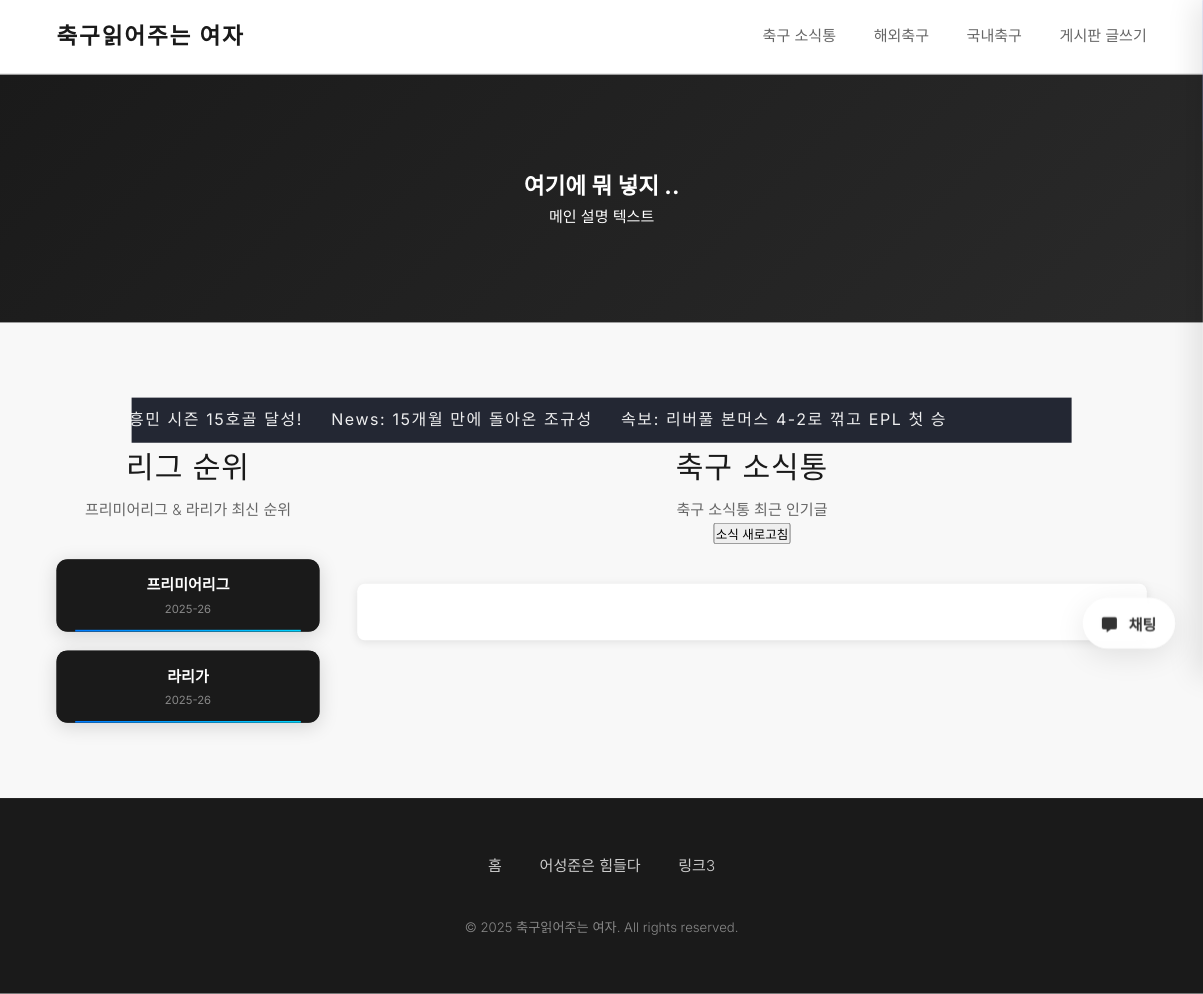
Repository: caramelpopcornKHU/JavaJSPProject
Page: http://localhost/FromJ/footballMain
The author's editor kept a copy of each file at every save. The page is drawn from the files as they stood at one save, then again after the next save.
The browser window is 1280 px wide. The pictures show the whole page, at 94% of full size.
The page is served by Tomcat 9. Other server files are loaded and not shown. Queries for data that is not in the repository find no rows.

Above is the page before, as saved 2025-08-17 15:19:41.

### FromJ/src/main/webapp/footballMain.jsp
<%@ page language="java" contentType="text/html; charset=UTF-8" pageEncoding="UTF-8"%>
<%@ taglib prefix="c" uri="http://java.sun.com/jsp/jstl/core" %>
<%@ taglib prefix="fmt" uri="http://java.sun.com/jsp/jstl/fmt" %>
<%@ page import="com.football.model.News" %>
<!DOCTYPE html>
<html lang="ko">
<head>
   <script src="https://code.jquery.com/jquery-3.6.0.min.js"></script>
   <meta charset="UTF-8">
   <meta name="viewport" content="width=device-width, initial-scale=1.0">
   <title>축구 읽어주는 여자</title>
   <link href="https://fonts.googleapis.com/css2?family=Inter:wght@300;400;500;600;700&display=swap" rel="stylesheet">
   <link rel="stylesheet" href="css/football.css">
</head>
<body>
   <!-- Header -->
   <header>
       <div class="container">
           <div class="header-content">
               <a href="/home" class="logo">축구읽어주는 여자</a>
               <nav class="nav">
                   <a href="/home">축구 소식통</a>
                   <a href="/football_world">해외축구</a>
                   <a href="/football_korean">국내축구</a>
                   <a href="/board">게시판 글쓰기</a>
               </nav>
           </div>
       </div>
   </header>

   <!-- Hero Section -->
   <section class="hero">
       <div class="container">
           <h1>여기에 뭐 넣지 ..</h1>
           <p>메인 설명 텍스트</p>
       </div>
   </section>

   <!-- Breaking News Bar -->
   <div class="breaking-bar">
       <div class="breaking-wrap">
           <span class="breaking-item">
               <span class="breaking-dot"></span>
               LIVE: 토트넘 vs 맨시티 2-1 (후반 75분)
           </span>
           <span class="breaking-item">
               <span class="breaking-dot"></span>
               속보: 손흥민 시즌 15호골 달성!
           </span>
           <span class="breaking-item">
               <span class="breaking-dot"></span>
               News: 15개월 만에 돌아온 조규성
           </span>
           <span class="breaking-item">
               <span class="breaking-dot"></span>
               속보: 리버풀 본머스 4-2로 꺾고 EPL 첫 승
           </span>

           <%-- <c:forEach var="brief" items="${breakingNews}">
               <span class="breaking-item"> <span class="breaking-dot"></span> ${brief.title} </span>
           </c:forEach> --%>
       </div>
   </div>

   <!-- 메인 콘텐츠 섹션 (리그 순위 + 뉴스) -->
   <section class="main-content-section">
       <div class="container">
           <div class="content-wrapper">
               <!-- 왼쪽: 리그 순위 -->
               <div class="league-section">
                   <div class="section-title">
                       <h2>리그 순위</h2>
                       <p class="section-subtitle">프리미어리그 & 라리가 최신 순위</p>
                   </div>
                   <div class="league-container">
                       <!-- 프리미어리그 -->
                       <div class="league-table">
                           <div class="league-header">
                               프리미어리그
                               <div class="season-info">2025-26</div>
                           </div>
                           <div class="standings-list">
                               <c:forEach var="team" items="${premierLeague}">
                                   <div class="standing-item">
                                       <span class="position">${team.position}</span>
                                       <span class="team-name">${team.teamName}</span>
                                   </div>
                               </c:forEach>
                           </div>
                       </div>

                       <!-- 라리가 -->
                       <div class="league-table">
                           <div class="league-header">
                               라리가
                               <div class="season-info">2025-26</div>
                           </div>
                           <div class="standings-list">
                               <c:forEach var="team" items="${laLiga}">
                                   <div class="standing-item">
                                       <span class="position">${team.position}</span>
                                       <span class="team-name">${team.teamName}</span>
                                   </div>
                               </c:forEach>
                           </div>
                       </div>
                   </div>
               </div>

               <!-- 오른쪽: 뉴스 섹션 -->
               <div class="news-section">
                   <div class="section-title">
                       <h2>축구 소식통</h2>
                       <p class="section-subtitle">축구 소식통 최근 인기글</p>
                       <button id="refreshBtn">소식 새로고침</button>
                   </div>
                   <div class="news-list">
                       <c:forEach var="news" items="${newsList}" varStatus="status">
                           <div class="news-item">
                               <span class="news-number">${status.index + 1}</span>
                               <img src="${news.imageUrl}" alt="${news.title}" class="news-thumbnail">
                               <div class="news-content">
                                   <div class="news-item-title">${news.title}</div>
                                   <div class="news-meta">
                                       ${news.category} |
                                       <fmt:formatDate value="${news.createdAt}" pattern="MM월 dd일"/> |
                                       <span class="comment-count">[${news.commentCount}]</span>
                                   </div>
                               </div>
                           </div>
                       </c:forEach>
                   </div>
               </div>
           </div>
       </div>
   </section>

   <!-- Footer -->
   <footer>
       <div class="container">
           <div class="footer-content">
               <div class="footer-links">
                   <a href="/link1">홈</a>
                   <a href="/link2">어성준은 힘들다</a>
                   <a href="/link3">링크3</a>
               </div>
               <p class="footer-text">© 2025 축구읽어주는 여자. All rights reserved.</p>
           </div>
       </div>
   </footer>

   <script>
       function handleClick(itemId) {
           alert('클릭되었습니다! Item ID: ' + itemId);
       }

       // 스크롤 효과
       window.addEventListener('scroll', function() {
           const header = document.querySelector('header');
           if (window.scrollY > 100) {
               header.style.boxShadow = '0 2px 20px rgba(0,0,0,0.1)';
           } else {
               header.style.boxShadow = 'none';
           }
       });
   </script>
   <script>
$(document).ready(function() {
    $("#refreshBtn").click(function() {
        var button = $(this);
        button.prop("disabled", true).text("새로고침 중...");

        // Ajax로 서버에 요청
        $.ajax({
            type: "GET",
            url: window.location.href, // 현재 페이지 주소
            data: "ajax=true", // Ajax 요청임을 표시
            success: function(data) {
                console.log("Ajax 성공!");
                // 1초 후 페이지 새로고침
                setTimeout(function() {
                    window.location.reload();
                }, 1000);
            },
            error: function() {
                console.log("Ajax 실패");
                alert("새로고침 실패");
                button.prop("disabled", false).text("소식 새로고침");
            }
        });
    });
});
</script>
<div>
    <!-- 메뉴 열기 버튼 -->
	<jsp:include page="/body/chat.jsp"></jsp:include>
</div>
</body>
</html>

### FromJ/src/main/webapp/body/chat.jsp
<%@ page language="java" contentType="text/html; charset=UTF-8" pageEncoding="UTF-8"%>

<link rel="stylesheet" href="css/chat.css">
<!-- FontAwesome 아이콘 (이미 로드되어 있지 않은 경우에만) -->
<link href="https://cdnjs.cloudflare.com/ajax/libs/font-awesome/6.0.0/css/all.min.css" rel="stylesheet">

<!-- 채팅 컨테이너 -->
<div class="chat-container">
    <!-- 채팅 메뉴 버튼 -->
    <button class="chat-menu-toggle" onclick="toggleChatDrawer()">
        <i class="fas fa-comment-alt"></i> 채팅
    </button>

    <!-- 채팅 오버레이 -->
    <div class="chat-overlay" id="chatOverlay" onclick="closeChatDrawer()"></div>

    <!-- 채팅 드로어 -->
    <div class="chat-drawer" id="chatDrawer">
        <div class="chat-drawer-header">
            <button class="close-chat-drawer" onclick="closeChatDrawer()">
                <i class="fas fa-times"></i>
            </button>
            <h2><i class="fas fa-users"></i> 채팅 참여</h2>
            <p>닉네임을 입력하고 채팅을 시작하세요</p>
        </div>

        <div class="chat-drawer-content">
            <form class="chat-form" onsubmit="return false;">
                <div class="input-group">
                    <label for="chatId">
                        <i class="fas fa-user"></i> 닉네임
                    </label>
                    <input
                        type="text"
                        id="chatId"
                        class="chat-input"
                        placeholder="사용할 닉네임을 입력하세요"
                        maxlength="10"
                    >
                </div>
                <button type="button" class="join-btn" onclick="chatWinOpen()">
                    <i class="fas fa-sign-in-alt"></i> 채팅방 입장
                </button>
            </form>
        </div>
    </div>
</div>

<script>
// jQuery가 로드되어 있는지 확인
if (typeof jQuery === 'undefined') {
    // jQuery가 없으면 CDN에서 로드
    var script = document.createElement('script');
    script.src = 'https://code.jquery.com/jquery-3.7.0.min.js';
    document.head.appendChild(script);

    script.onload = function() {
        initializeChatFunctions();
    };
} else {
    // jQuery가 이미 있으면 바로 초기화
    $(document).ready(function() {
        initializeChatFunctions();
    });
}

function initializeChatFunctions() {
    // 엔터키로 채팅방 입장
    $('#chatId').keypress(function(e) {
        if (e.which === 13) {
            chatWinOpen();
        }
    });

    // 입력 시 에러 스타일 제거
    $('#chatId').on('input', function() {
        $(this).removeClass('error');
    });

    // ESC 키로 드로어 닫기
    $(document).keydown(function(e) {
        if (e.keyCode === 27) {
            closeChatDrawer();
        }
    });
}

function toggleChatDrawer() {
    var drawer = document.getElementById('chatDrawer');
    var overlay = document.getElementById('chatOverlay');

    if (drawer.classList.contains('open')) {
        closeChatDrawer();
    } else {
        drawer.classList.add('open');
        overlay.classList.add('show');

        // 포커스를 약간 지연시켜 애니메이션과 겹치지 않도록
        setTimeout(function() {
            document.getElementById('chatId').focus();
        }, 400);
    }
}

function closeChatDrawer() {
    var drawer = document.getElementById('chatDrawer');
    var overlay = document.getElementById('chatOverlay');

    drawer.classList.remove('open');
    overlay.classList.remove('show');
}

function chatWinOpen() {
    var idElement = document.getElementById('chatId');
    var id = idElement.value.trim();

    if (id === "") {
        alert("닉네임을 입력해주세요.");
        idElement.focus();
        return;
    }

    if (id.length < 2) {
        alert("닉네임은 2글자 이상 입력해주세요.");
        idElement.focus();
        return;
    }

    // 채팅창 열기 - 경로를 현재 구조에 맞게 수정
    try {
        window.open(
            "body/ChatWindow.jsp?chatId=" + encodeURIComponent(id),
            "chatWindow",
            "width=420,height=680,resizable=yes,scrollbars=no,status=no,menubar=no,toolbar=no,location=no"
        );

        idElement.value = "";
        closeChatDrawer();
    } catch (error) {
        // 팝업이 차단된 경우
        alert("팝업이 차단되었습니다. 브라우저의 팝업 차단을 해제해주세요.");
    }
}
</script>

### FromJ/src/main/java/com/football/servlet/FootballServlet.java
package com.football.servlet;

import java.io.IOException;
import java.util.List;
import javax.servlet.ServletException;
import javax.servlet.annotation.WebServlet;
import javax.servlet.http.HttpServlet;
import javax.servlet.http.HttpServletRequest;
import javax.servlet.http.HttpServletResponse;

import com.football.dao.NewsDAO;
import com.football.dao.LeagueDAO;

import com.football.model.News;
import com.football.model.League;
import com.football.model.BreakingNews;

@WebServlet("/footballMain")
public class FootballServlet extends HttpServlet {
    private static final long serialVersionUID = 1L;
    private NewsDAO newsDAO;
    private LeagueDAO leagueDAO;

    @Override
    public void init() throws ServletException {
        super.init();
        newsDAO = new NewsDAO();
        leagueDAO = new LeagueDAO();
        System.out.println("FootballServlet이 초기화되었습니다.");
    }

    @Override
    protected void service(HttpServletRequest req, HttpServletResponse resp) throws ServletException, IOException {
        req.setCharacterEncoding("utf-8");
        System.out.println("FootballServlet service 실행됨");

        // Ajax 요청인지 확인
        String ajaxParam = req.getParameter("ajax");

        try {
            List<News> newsList;

            // Ajax 요청이면 세션에 플래그 설정 후 JSON 응답
            if ("true".equals(ajaxParam)) {
                System.out.println("Ajax랜덤");
                req.getSession().setAttribute("randomMode", true);

                resp.setContentType("application/json");
                resp.setCharacterEncoding("UTF-8");
                resp.getWriter().write("{\"status\":\"success\"}");
                return;
            }

            // 세션에서 랜덤 모드 확인
            Boolean randomMode = (Boolean) req.getSession().getAttribute("randomMode");
            if (randomMode != null && randomMode) {
                System.out.println("랜덤 소식 호출");
                newsList = newsDAO.getRandomNews(10);
                req.getSession().removeAttribute("randomMode"); // 한 번만 사용 후 제거
            } else {
                System.out.println("최신 소식 호출");
                newsList = newsDAO.getLatestNews(10);
            }

            // 2. 리그 순위 가져오기
            List<League> premierLeague = leagueDAO.getLeagueStandings("Premier League");
            List<League> laLiga = leagueDAO.getLeagueStandings("La Liga");

            // 3. 브레이킹뉴스 DB에서 제목만 4개 가져오기
            NewsDAO breakingNewsDAO = new NewsDAO();
            List<BreakingNews> breakingNews = breakingNewsDAO.getBreakingNewsTitles(4);

            // JSP에 데이터 전달
            req.setAttribute("newsList", newsList);
            req.setAttribute("premierLeague", premierLeague);
            req.setAttribute("laLiga", laLiga);
            req.setAttribute("breakingNews", breakingNews);

            // 디버그 출력
            System.out.println("가져온 뉴스 개수: " + newsList.size());
            System.out.println("프리미어리그 팀 수: " + premierLeague.size());
            System.out.println("라리가 팀 수: " + laLiga.size());
            System.out.println("브레이킹뉴스 개수: " + breakingNews.size());

            // forward
            req.getRequestDispatcher("/footballMain.jsp").forward(req, resp);

        } catch (Exception e) {
            System.out.println("FootballServlet에서 에러 발생: " + e.getMessage());
            e.printStackTrace();

            // 에러 처리
            if ("true".equals(ajaxParam)) {
                resp.setContentType("application/json");
                resp.setCharacterEncoding("UTF-8");
                resp.getWriter().write("{\"status\":\"error\"}");
                return;
            }

            // 예외시 빈 리스트로 안전하게 전달
            req.setAttribute("newsList", new java.util.ArrayList<News>());
            req.setAttribute("premierLeague", new java.util.ArrayList<League>());
            req.setAttribute("laLiga", new java.util.ArrayList<League>());
            req.setAttribute("breakingNews", new java.util.ArrayList<BreakingNews>());
            req.getRequestDispatcher("/footballMain.jsp").forward(req, resp);
        }
    }
}

### FromJ/src/main/java/com/board/util/DBConnection.java
package com.board.util;

import java.sql.Connection;
import java.sql.DriverManager;
import java.sql.PreparedStatement;
import java.sql.ResultSet;
import java.sql.SQLException;

public class DBConnection {

    private static final String DRIVER = "com.mysql.cj.jdbc.Driver";
    private static final String URL = "jdbc:mysql://172.168.10.24:3306/FromJ?useSSL=false&serverTimezone=Asia/Seoul&characterEncoding=UTF-8";
    private static final String USERNAME = "root";
    private static final String PASSWORD = "rootroot";

    static {
        try {
            Class.forName(DRIVER);
        } catch (ClassNotFoundException e) {
            System.err.println("MySQL 드라이버 로딩 실패: " + e.getMessage());
        }
    }

    public static Connection getConnection() throws SQLException {
        return DriverManager.getConnection(URL, USERNAME, PASSWORD);
    }

    public static void close(ResultSet rs, PreparedStatement pstmt, Connection conn) {
        try {
            if (rs != null) rs.close();
        } catch (SQLException e) {
            e.printStackTrace();
        }

        try {
            if (pstmt != null) pstmt.close();
        } catch (SQLException e) {
            e.printStackTrace();
        }

        try {
            if (conn != null) conn.close();
        } catch (SQLException e) {
            e.printStackTrace();
        }
    }

    public static void close(PreparedStatement pstmt, Connection conn) {
        close(null, pstmt, conn);
    }
}

### FromJ/src/main/webapp/css/chat.css
/* 채팅 컨테이너 기본 설정 */
.chat-container {
    font-family: 'Segoe UI', Tahoma, Geneva, Verdana, sans-serif;
}

/* 채팅 메뉴 버튼 */
.chat-menu-toggle {
    position: fixed;
    bottom: 30px; /* 상단에서 하단으로 변경 */
    right: 30px;
    background: rgba(255, 255, 255, 0.9);
    border: none;
    border-radius: 50px;
    padding: 15px 20px;
    cursor: pointer;
    box-shadow: 0 8px 32px rgba(0, 0, 0, 0.1);
    backdrop-filter: blur(10px);
    transition: all 0.3s ease;
    z-index: 1001;
    font-size: 16px;
    font-weight: 600;
    color: #333;
}


.chat-menu-toggle:hover {
    background: rgba(255, 255, 255, 1);
    transform: translateY(-2px);
    box-shadow: 0 12px 40px rgba(0, 0, 0, 0.15);
}

.chat-menu-toggle i {
    margin-right: 8px;
}

/* 채팅 드로어 */
.chat-drawer {
    position: fixed;
    top: 0;
    right: -400px;
    width: 400px;
    height: 100vh;
    background: rgba(255, 255, 255, 0.95);
    backdrop-filter: blur(20px);
    transition: right 0.4s cubic-bezier(0.4, 0, 0.2, 1);
    z-index: 1000;
    box-shadow: -10px 0 30px rgba(0, 0, 0, 0.1);
    display: flex;
    flex-direction: column;
    padding: 0;
}

.chat-drawer.open {
    right: 0;
}

/* 채팅 드로어 헤더 */
.chat-drawer-header {
    background: linear-gradient(135deg, #667eea 0%, #764ba2 100%);
    color: white;
    padding: 40px 30px 30px;
    text-align: center;
    position: relative;
}

.chat-drawer-header h2 {
    font-size: 28px;
    font-weight: 700;
    margin-bottom: 10px;
}

.chat-drawer-header p {
    opacity: 0.9;
    font-size: 16px;
}

/* 드로어 닫기 버튼 */
.close-chat-drawer {
    position: absolute;
    top: 20px;
    right: 20px;
    background: none;
    border: none;
    color: white;
    font-size: 24px;
    cursor: pointer;
    padding: 5px;
    border-radius: 50%;
    transition: background-color 0.3s ease;
}

.close-chat-drawer:hover {
    background: rgba(255, 255, 255, 0.2);
}

/* 드로어 컨텐츠 */
.chat-drawer-content {
    flex: 1;
    padding: 40px 30px;
    display: flex;
    flex-direction: column;
    justify-content: center;
    align-items: center;
}

.chat-form {
    width: 100%;
    max-width: 300px;
}

.input-group {
    margin-bottom: 30px;
}

.input-group label {
    display: block;
    margin-bottom: 12px;
    font-weight: 600;
    color: #333;
    font-size: 16px;
}

.chat-input {
    width: 100%;
    padding: 18px 20px;
    border: 2px solid #e1e5e9;
    border-radius: 25px;
    font-size: 16px;
    outline: none;
    transition: all 0.3s ease;
    background: #fff;
}

.chat-input:focus {
    border-color: #667eea;
    box-shadow: 0 0 0 3px rgba(102, 126, 234, 0.1);
    transform: translateY(-2px);
}

.join-btn {
    width: 100%;
    background: linear-gradient(135deg, #667eea 0%, #764ba2 100%);
    color: white;
    border: none;
    padding: 18px 30px;
    border-radius: 25px;
    font-size: 18px;
    font-weight: 600;
    cursor: pointer;
    transition: all 0.3s ease;
    box-shadow: 0 8px 25px rgba(102, 126, 234, 0.3);
}

.join-btn:hover {
    transform: translateY(-3px);
    box-shadow: 0 12px 35px rgba(102, 126, 234, 0.4);
}

.join-btn:active {
    transform: translateY(-1px);
}

/* 채팅 오버레이 */
.chat-overlay {
    position: fixed;
    top: 0;
    left: 0;
    width: 100%;
    height: 100%;
    background: rgba(0, 0, 0, 0.5);
    z-index: 999;
    opacity: 0;
    visibility: hidden;
    transition: all 0.3s ease;
}

.chat-overlay.show {
    opacity: 1;
    visibility: visible;
}

/* 모바일 대응 */
@media (max-width: 768px) {
    .chat-drawer {
        width: 100vw;
        right: -100vw;
    }

    .chat-menu-toggle {
        top: 20px;
        right: 20px;
        padding: 12px 16px;
        font-size: 14px;
    }

    .chat-drawer-content {
        padding: 30px 20px;
    }
}

Loaded but not shown: FromJ/src/main/webapp/css/football.css (534 lines, source omitted)

After the next save:
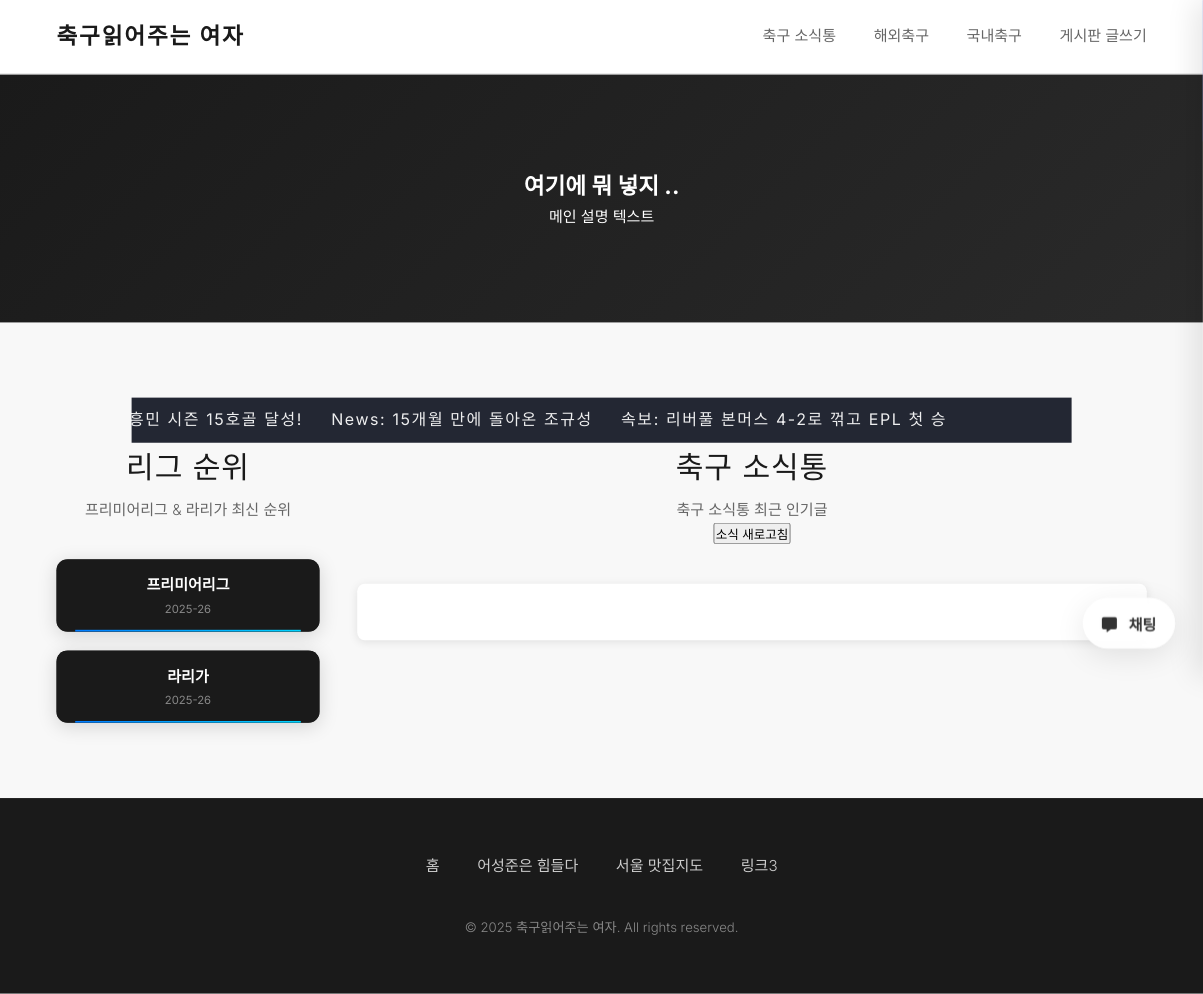
Saved 6 min 28 s later.
--- a/FromJ/src/main/webapp/footballMain.jsp
+++ b/FromJ/src/main/webapp/footballMain.jsp
@@ -141,7 +141,8 @@
            <div class="footer-content">
                <div class="footer-links">
                    <a href="/link1">홈</a>
-                   <a href="/link2">어성준은 힘들다</a>
+                   <a href="/">어성준은 힘들다</a>
+                   <a href="seoulfood.jsp">서울 맛집지도</a>
                    <a href="/link3">링크3</a>
                </div>
                <p class="footer-text">© 2025 축구읽어주는 여자. All rights reserved.</p>
